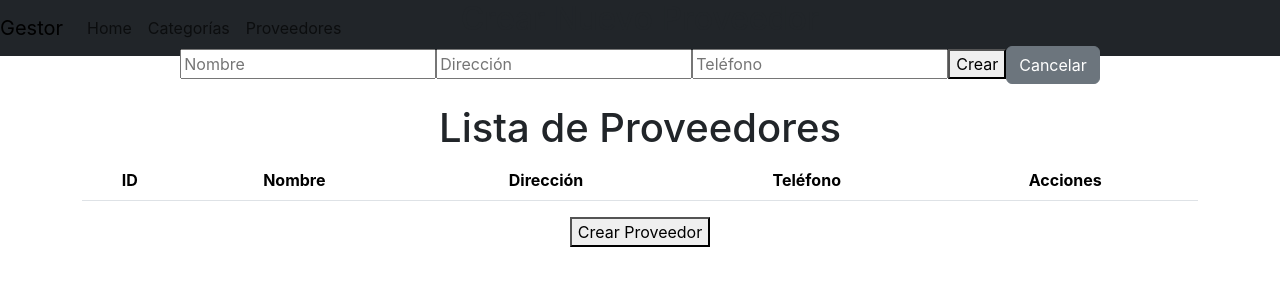
Repository: SantiagoGuaman/gestor-app
Page: /providers, after clicking the first element matching `button`
These files come from the project's save history. The page is drawn as it stood at one moment and after a run of saves; the edit follows.
The browser window is 1280 px wide. The pictures show the whole page.
The page's requests for data from a server got no answer. The project was rebuilt for these pictures with package versions that can differ from the ones it lists, and the page was loaded fresh each time. No one was signed in, and anything a server would have sent is missing. Also part of the build but not shown: src/App.css, src/Categories/GetDataCategories.js, src/HomePage/HomePage.js.

Above is the page before, as saved 2024-02-14 11:31:34.

### public/index.html
<!DOCTYPE html>
<html lang="en">
  <head>
    <meta charset="utf-8" />
    <link rel="icon" href="%PUBLIC_URL%/favicon.ico" />
    <meta name="viewport" content="width=device-width, initial-scale=1" />
    <meta name="theme-color" content="#000000" />
    <meta
      name="description"
      content="Web site created using create-react-app"
    />
    <link rel="apple-touch-icon" href="%PUBLIC_URL%/logo192.png" />
    <!--
      manifest.json provides metadata used when your web app is installed on a
      user's mobile device or desktop. See https://developers.google.com/web/fundamentals/web-app-manifest/
    -->
    <link href="https://cdn.jsdelivr.net/npm/bootstrap@5.3.2/dist/css/bootstrap.min.css" rel="stylesheet" integrity="sha384-T3c6CoIi6uLrA9TneNEoa7RxnatzjcDSCmG1MXxSR1GAsXEV/Dwwykc2MPK8M2HN" crossorigin="anonymous">
    <link rel="manifest" href="%PUBLIC_URL%/manifest.json" />
    <!--
      Notice the use of %PUBLIC_URL% in the tags above.
      It will be replaced with the URL of the `public` folder during the build.
      Only files inside the `public` folder can be referenced from the HTML.

      Unlike "/favicon.ico" or "favicon.ico", "%PUBLIC_URL%/favicon.ico" will
      work correctly both with client-side routing and a non-root public URL.
      Learn how to configure a non-root public URL by running `npm run build`.
    -->
    <title>Gestor APP</title>
  </head>
  <body>
    <noscript>You need to enable JavaScript to run this app.</noscript>
    <div id="root"></div>
    <!--
      This HTML file is a template.
      If you open it directly in the browser, you will see an empty page.

      You can add webfonts, meta tags, or analytics to this file.
      The build step will place the bundled scripts into the <body> tag.

      To begin the development, run `npm start` or `yarn start`.
      To create a production bundle, use `npm run build` or `yarn build`.
    -->
  </body>
  <script src="https://cdn.jsdelivr.net/npm/bootstrap@5.3.2/dist/js/bootstrap.bundle.min.js" integrity="sha384-C6RzsynM9kWDrMNeT87bh95OGNyZPhcTNXj1NW7RuBCsyN/o0jlpcV8Qyq46cDfL" crossorigin="anonymous"></script>
</html>

### src/App.js
import { BrowserRouter, Route, Routes } from 'react-router-dom';
import './App.css';
import GetDataCategories from './Categories/GetDataCategories';
import NavBar from './NavBar/NavBar';
import GetDataProviders from './Proveedores/GetDataProviders';
import HomePage from './HomePage/HomePage';

function App() {
  return (
    <div>
      <BrowserRouter>
        <NavBar />
        <Routes>
          <Route exact path='/' element={<HomePage />} />
          <Route exact path='/categories' element={<GetDataCategories />} />
          <Route exact path='/providers' element={<GetDataProviders />} />
        </Routes>
      </BrowserRouter>
    </div>
  );
}

export default App;

### src/NavBar/NavBar.js
import React from 'react'
import { Link } from 'react-router-dom'

function NavBar() {
    return (
        <nav className="navbar navbar-expand-lg navbar-light bg-dark lg">
            <Link className="navbar-brand" to="/">Gestor</Link>
            <button className="navbar-toggler" type="button" data-toggle="collapse" data-target="#navbarNav" aria-controls="navbarNav" aria-expanded="false" aria-label="Toggle navigation">
                <span className="navbar-toggler-icon"></span>
            </button>
            <div className="collapse navbar-collapse" id="navbarNav">
                <ul className="navbar-nav">
                    <li className="nav-item active">
                        <Link className="nav-link" to="/">Home</Link>
                    </li>
                    <li className="nav-item">
                        <Link className="nav-link" to="/categories">Categorías</Link>
                    </li>
                    <li className="nav-item">
                        <Link className="nav-link" to="/providers">Proveedores</Link>
                    </li>
                </ul>
            </div>
        </nav>
    )
}

export default NavBar

### src/Proveedores/GetDataProviders.js
import React, { useEffect, useState } from 'react'

function GetDataProviders() {

    const endPoint = 'http://localhost:8080/api/proveedores';

    const [proveedores, setProveedores] = useState([]);
    const [newProveedor, setNewProveedor] = useState({
        nombre: '',
        direccion: '',
        telefono: ''
    });
    const [editProveedor, setEditProveedor] = useState({
        nombre: '',
        direccion: '',
        telefono: ''
    });
    const [isCreateModalOpen, setCreateModalOpen] = useState(false);

    const fetchData = async () => {
        try {
            const response = await fetch(endPoint);
            if (response.ok) {
                const data = await response.json();
                setProveedores(data);
            }
        } catch (error) {
            console.error("Error fetching data:", error);
        }
    };

    const handleCreate = async () => {
        try {
            const response = await fetch(endPoint, {
                method: 'POST',
                headers: {
                    'Content-Type': 'application/json',
                },
                body: JSON.stringify(newProveedor),
            });

            if (response.ok) {
                console.log('Proveedor creado exitosamente');
                fetchData();
                setNewProveedor({
                    nombre: '',
                    direccion: '',
                    telefono: ''
                });
                setCreateModalOpen(false);
            } else {
                console.error('Error al crear el Proveedor');
            }
        } catch (error) {
            console.error('Error al procesar la solicitud de creación:', error);
        }
    };

    const handleEdit = (proveedor) => {
        setEditProveedor(proveedor);
    };

    const handleUpdate = async () => {
        try {
            const response = await fetch(`${endPoint}/${editProveedor.id}`, {
                method: 'PUT',
                headers: {
                    'Content-Type': 'application/json',
                },
                body: JSON.stringify(editProveedor),
            });

            if (response.ok) {
                console.log('Proveedor actualizado exitosamente');
                fetchData();
                setEditProveedor({
                    id: null,
                    nombre: '',
                    direccion: '',
                    telefono: ''
                });
            } else {
                console.error('Error al actualizar el Proveedor');
            }
        } catch (error) {
            console.error('Error al procesar la solicitud de actualización:', error);
        }
    };

    const handleDelete = async (id) => {
        try {
            const response = await fetch(`${endPoint}/${id}`, {
                method: 'DELETE',
            });

            if (response.ok) {
                console.log('Proveedor eliminado exitosamente');
                fetchData();
            } else {
                console.error('Error al eliminar al Proveedor');
            }
        } catch (error) {
            console.error('Error al procesar la solicitud de eliminación:', error);
        }
    }


    useEffect(() => {
        fetchData();
    }, []);

    return (
        <div className='container text-center mt-5'>
            <h1>Lista de Proveedores</h1>
            <table className="table table-hover">
                <thead>
                    <tr>
                        <th>ID</th>
                        <th>Nombre</th>
                        <th>Dirección</th>
                        <th>Teléfono</th>
                        <th>Acciones</th>
                    </tr>
                </thead>
                <tbody>
                    {proveedores.map((proveedor) => (
                        <tr key={proveedor.id_proveedor}>
                            <td>{proveedor.id_proveedor}</td>
                            <td>{proveedor.nombre}</td>
                            <td>{proveedor.direccion}</td>
                            <td>{proveedor.telefono}</td>
                            <td>
                                <button className='btn btn-secondary' onClick={() => handleEdit(proveedor)}>Editar</button>
                                <button className='btn btn-danger' onClick={() => handleDelete(proveedor.id_proveedor)}>Eliminar</button>
                            </td>
                        </tr>
                    ))}
                </tbody>
            </table>
            <button onClick={() => setCreateModalOpen(true)}>Crear Proveedor</button>
            {isCreateModalOpen && (
                <div className="modal" tabIndex="-1" role="dialog" style={{ display: 'block' }}>
                    <h2>Crear Nuevo Proveedor</h2>
                    <input
                        type="text"
                        placeholder="Nombre"
                        value={newProveedor.nombre}
                        onChange={(e) => setNewProveedor({ ...newProveedor, nombre: e.target.value })}
                    />
                    <input
                        type="text"
                        placeholder="Dirección"
                        value={newProveedor.direccion}
                        onChange={(e) => setNewProveedor({ ...newProveedor, direccion: e.target.value })}
                    />
                    <input
                        type="text"
                        placeholder="Teléfono"
                        value={newProveedor.telefono}
                        onChange={(e) => setNewProveedor({ ...newProveedor, telefono: e.target.value })}
                    />
                    <button onClick={handleCreate}>Crear</button>
                    <button type="button" className="btn btn-secondary" onClick={() => setCreateModalOpen(false)}>Cancelar</button>

                </div>
            )}
            {editProveedor.id && (
                <div>
                    <h2>Editar Proveedor</h2>
                    <input
                        type="text"
                        value={editProveedor.nombre}
                        onChange={(e) => setEditProveedor({ ...editProveedor, nombre: e.target.value })}
                    />
                    <input
                        type="text"
                        value={editProveedor.direccion}
                        onChange={(e) => setEditProveedor({ ...editProveedor, direccion: e.target.value })}
                    />
                    <input
                        type="text"
                        value={editProveedor.telefono}
                        onChange={(e) => setEditProveedor({ ...editProveedor, telefono: e.target.value })}
                    />
                    <button className='btn btn-success' onClick={handleUpdate}>Guardar</button>
                </div>
            )}
        </div>
    );
}

export default GetDataProviders

Loaded but not shown: src/index.js (common file); src/index.css (common file); src/reportWebVitals.js (common file)

After the next 2 saves:
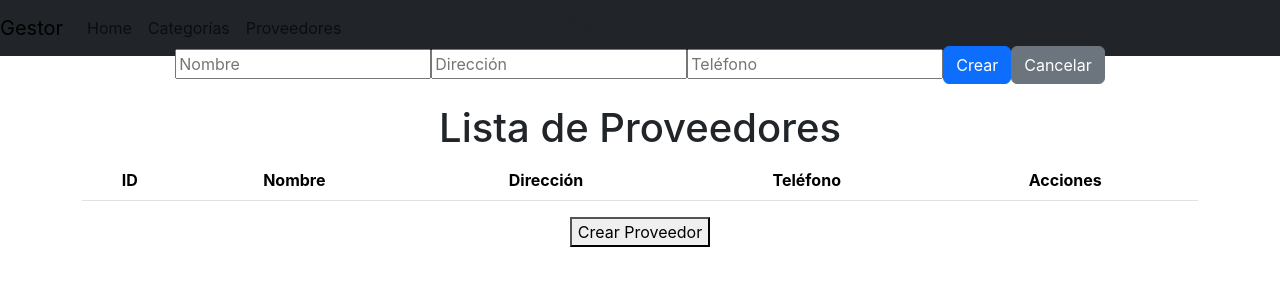
The 2 saves are shown as one change because they came seconds apart.
The last was saved 12 s later.
--- a/src/Proveedores/GetDataProviders.js
+++ b/src/Proveedores/GetDataProviders.js
@@ -159,7 +159,7 @@ function GetDataProviders() {
                         value={newProveedor.telefono}
                         onChange={(e) => setNewProveedor({ ...newProveedor, telefono: e.target.value })}
                     />
-                    <button onClick={handleCreate}>Crear</button>
+                    <button className='btn btn-primary' onClick={handleCreate}>Crear</button>
                     <button type="button" className="btn btn-secondary" onClick={() => setCreateModalOpen(false)}>Cancelar</button>
 
                 </div>
